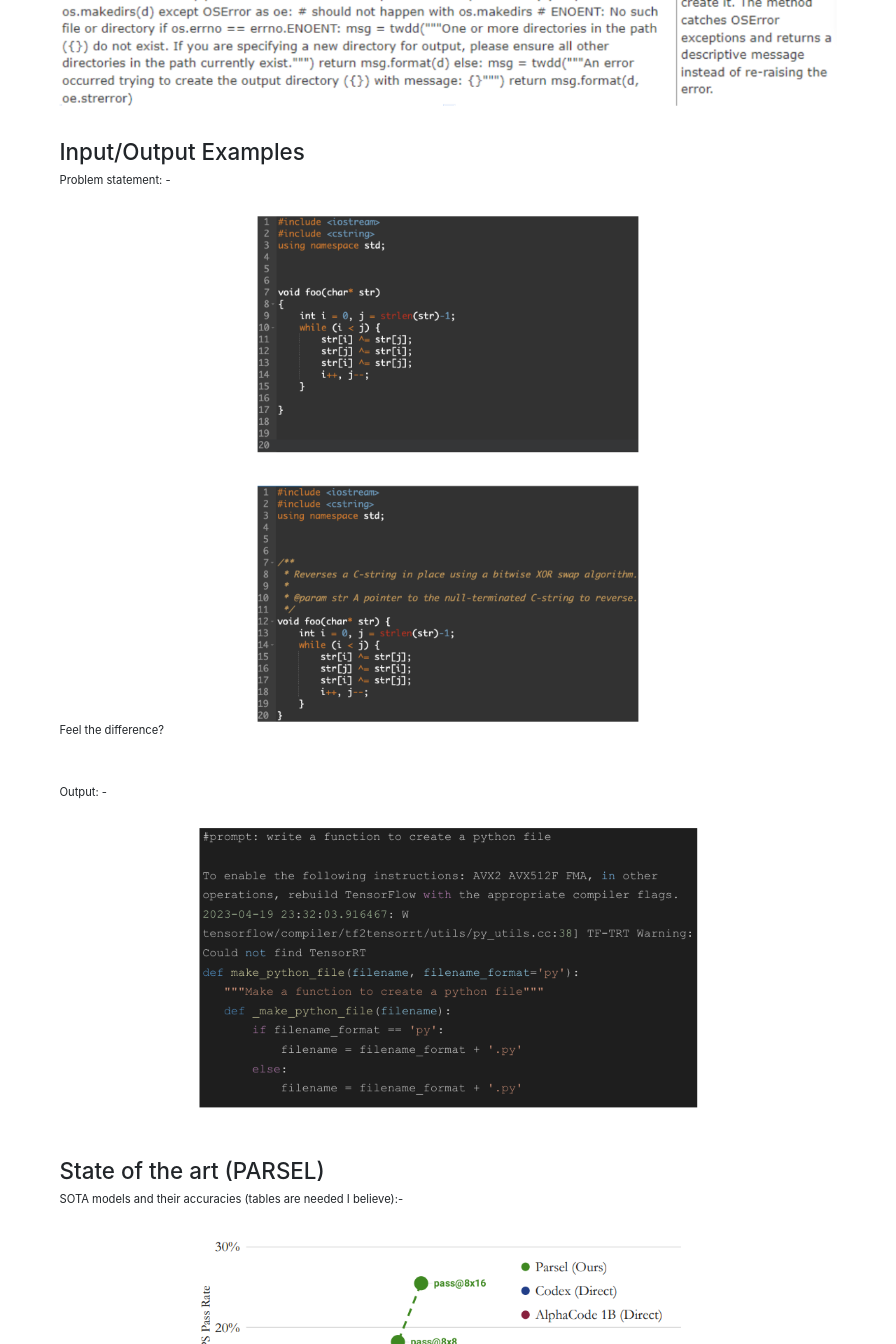
Repository: Shaalan-omar/ConcodePlus
Page: team-specific/index.html
The author's editor kept a copy of each file at every save. The page is drawn from the files as they stood at one save, then again after the next save.
The browser window is 1280 px wide. The pictures show the part of the page from y = 1670 to 3590 px (the page is 7590 px tall before and 7593 px after), at 70% of full size.

Above is the page before, as saved 2023-05-12 04:17:00.

After the next save:
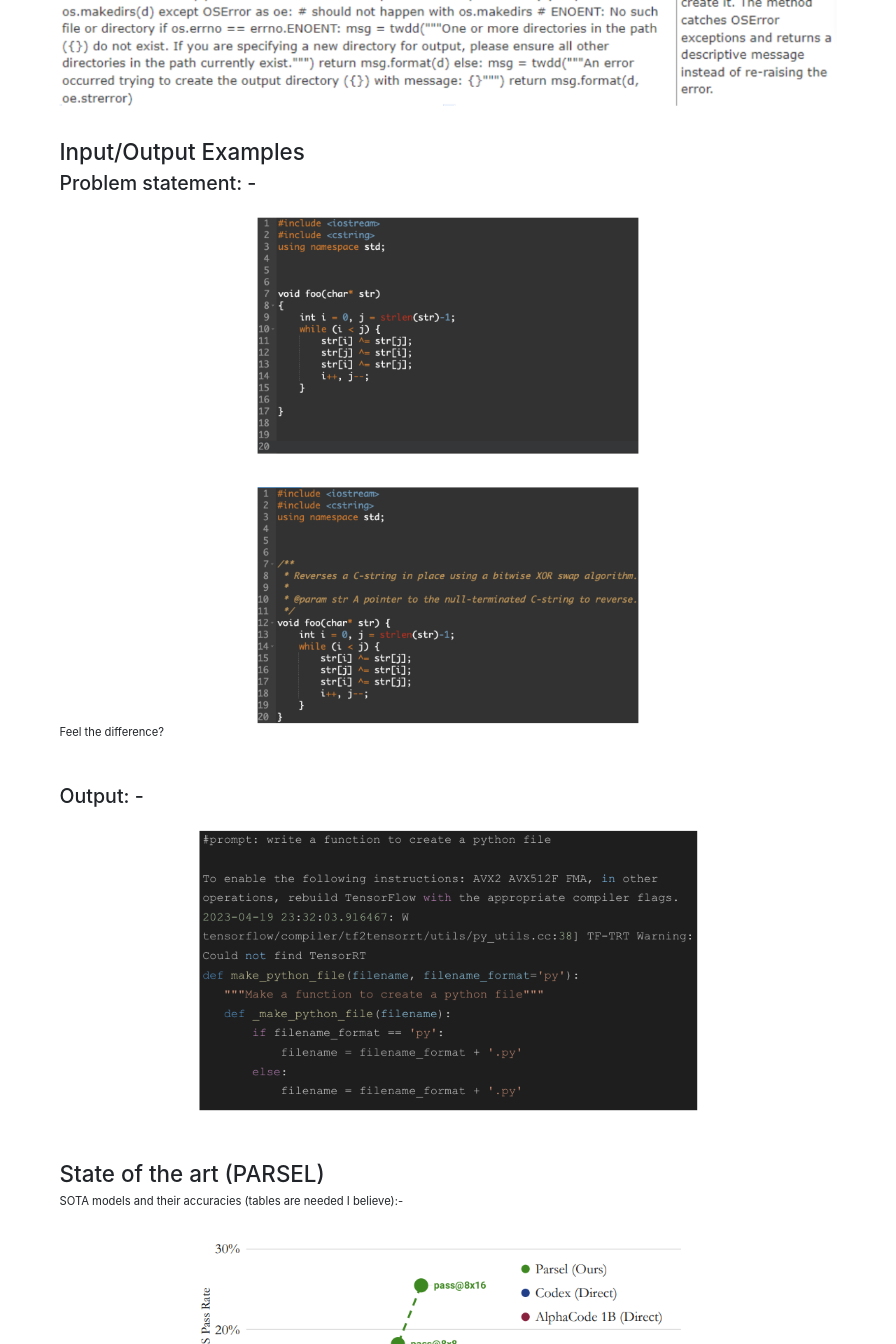
Saved 23 s later.
--- a/team-specific/index.html
+++ b/team-specific/index.html
@@ -102,9 +102,9 @@
       <div class="col-lg-12 text-left">
         <h2 class="mt-5">Input/Output Examples</h2>
 
-        <p>
+        <h3>
 			 Problem statement: -
-		</p>
+        </h3>
 
 		<br/> <!-- Empty Line before the image -->
 	    <div class="img-container" align="center"> <!-- Block parent element -->
@@ -123,9 +123,9 @@
      </p>
      <br>
     </br>
-    <p>
+    <h3>
       Output: -
-   </p>
+    </h3>
 
       <br/> <!-- Empty Line before the image -->
 	    <div class="img-container" align="center"> <!-- Block parent element -->
